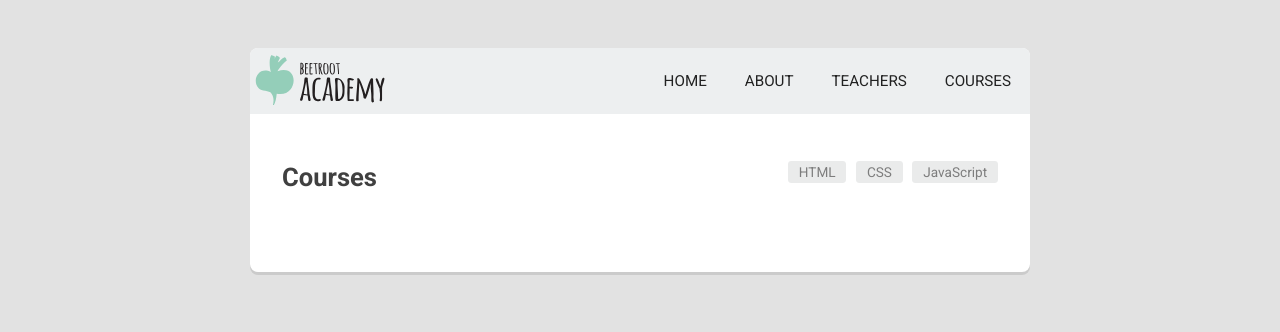
Repository: AlSemyon/router
Page: /courses
These files come from the project's save history. The page is drawn as it stood at one moment and after the next save; the edit follows.
The browser window is 1280 px wide. The pictures show the whole page.
The project was rebuilt for these pictures with package versions that can differ from the ones it lists, and the page was loaded fresh each time. Also part of the build but not shown: src/components/Home.js, src/components/About.js, src/data.js, src/components/Teachers.js.

Above is the page before, as saved 2018-12-28 20:36:52.

### src/components/App.js
import React from 'react';
import {BrowserRouter as Router, Route} from 'react-router-dom'
import Header from './Header'
import Home from './Home'
import About from './About'
import Teachers from './Teachers'
import Courses from './Courses'

const App = () => (
    <Router>
        <div className="container">
            <Header/>
            <Route exact path="/" component={Home}/>
            <Route path="/about" component={About}/>
            <Route path="/teachers" component={Teachers}/>
            <Route path="/courses" component={Courses}/>
        </div>
    </Router>

);

export default App;

### src/components/Header.js
import React from 'react';

const Header = () => (
  <header className="top-header">
    <div className="logo"><img className="fluid-img"  src="/i/logo.svg" /></div>
    <ul className="main-nav">
       <li><a href='#'>Home</a></li>
        <li><a href="#">About</a></li>
        <li><a href="#">Teachers</a></li>
      <li><a href="#">Courses</a></li>
    </ul>
  </header>
);

export default Header;

### src/components/Courses.js
import React from 'react';

const Courses = () => (
  <div className="main-content courses">
    <div className="course-header group">
      <h2>Courses</h2>
      <ul className="course-nav">
        <li><a href='/courses/html'>HTML</a></li>
        <li><a href='/courses/css'>CSS</a></li>
        <li><a href='/courses/javascript'>JavaScript</a></li>
      </ul>
    </div>

    {/* Nested Routes */}


  </div>
);

export default Courses;

Loaded but not shown: public/index.html (common file); src/index.js (common file); src/index.css (common file)

After the next save:
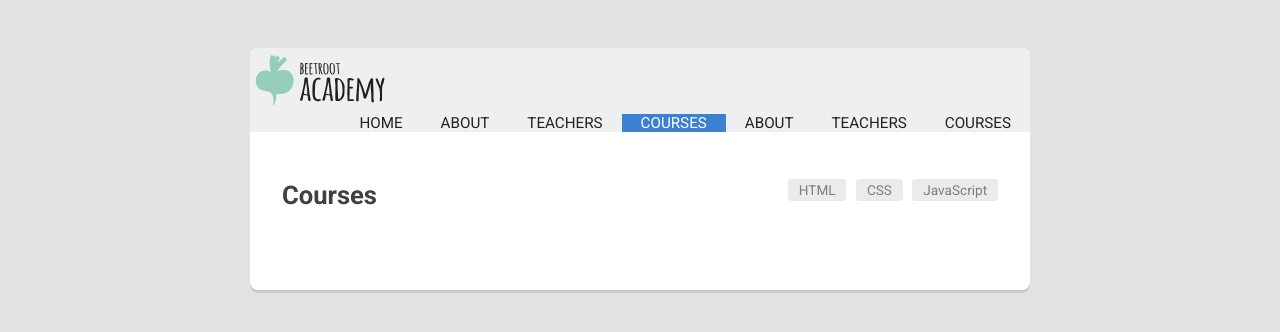
Saved 3 min 47 s later.
--- a/src/components/Header.js
+++ b/src/components/Header.js
@@ -1,10 +1,15 @@
 import React from 'react';
+import {NavLink} from 'react-router-dom'
 
 const Header = () => (
   <header className="top-header">
     <div className="logo"><img className="fluid-img"  src="/i/logo.svg" /></div>
     <ul className="main-nav">
-       <li><a href='#'>Home</a></li>
+       <li><NavLink exact to='/' activeStyle={{background: 'tomato'}}>Home</NavLink></li>
+       <li><NavLink exact to='/about' activeClassName="myActiveClass">About</NavLink></li>
+       <li><NavLink exact to='/teachers'>Teachers</NavLink></li>
+       <li><NavLink exact to='/courses'>Courses</NavLink></li>
+
         <li><a href="#">About</a></li>
         <li><a href="#">Teachers</a></li>
       <li><a href="#">Courses</a></li>
